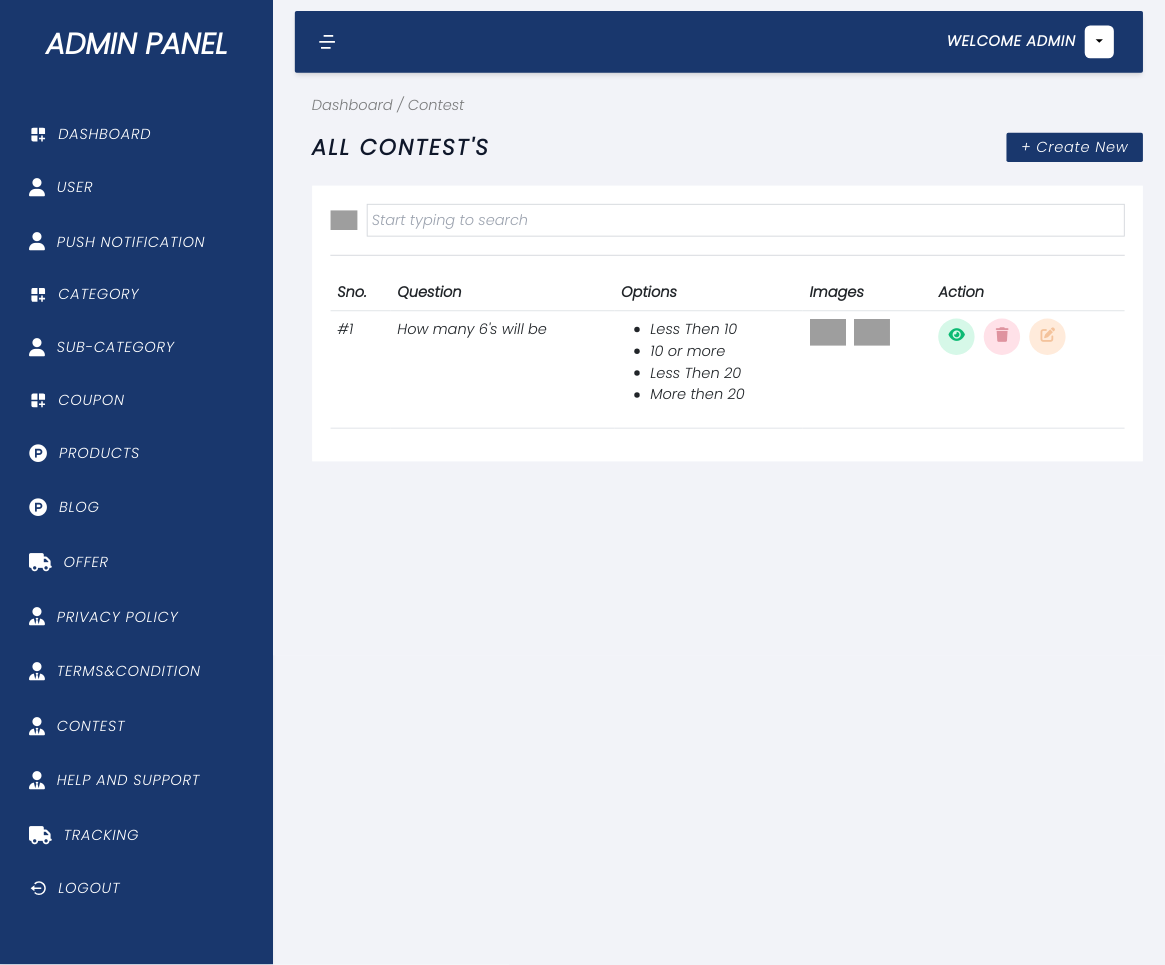
Repository: arpanmalik/project-khanna
Page: /helpSupport
These files come from the project's save history. The page is drawn as it stood at one moment and after the next save; the edit follows.
The browser window is 1280 px wide. The pictures show the whole page, at 91% of full size.
Pictures or frames that could not be fetched are drawn as grey boxes. Some web libraries are served in a nearby version. The project was rebuilt for these pictures with package versions that can differ from the ones it lists, and the page was loaded fresh each time. Also part of the build but not shown: src/E-CommerceAdmin/forms/Login.jsx, src/E-CommerceAdmin/pages/Dashboard.jsx, src/E-CommerceAdmin/pages/ECategory.js, src/E-CommerceAdmin/pages/EProduct.js, src/E-CommerceAdmin/pages/EVendorList.js, src/E-CommerceAdmin/pages/EAdminOrders.js, src/E-CommerceAdmin/pages/EAdminProduct.js, src/E-CommerceAdmin/pages/EAdminDelivery.js and 11 more. Imported but missing from the stored project, and not drawn on this page: src/E-CommerceVendor/forms/EVendorLogin, src/E-CommerceVendor/pages/EVCategory, src/E-CommerceVendor/pages/EVCoupon, src/E-CommerceVendor/pages/EVDashboard, src/E-CommerceVendor/pages/EVOrders, src/E-CommerceVendor/pages/EVProduct, src/E-CommerceVendor/pages/EVSubCategory.

Above is the page before, as saved 2023-05-16 17:21:48.

### public/index.html
<!-- @format -->

<!DOCTYPE html>
<html lang="en">
  <head>
    <meta charset="utf-8" />
    <meta name="viewport" content="width=device-width, initial-scale=1" />
    <meta name="theme-color" content="#000000" />
    <meta
      name="description"
      content="Web site created using create-react-app"
    />
    <link rel="manifest" href="%PUBLIC_URL%/manifest.json" />
    <link rel="preconnect" href="https://fonts.googleapis.com">
<link rel="preconnect" href="https://fonts.gstatic.com" crossorigin>
<link href="https://fonts.googleapis.com/css2?family=Roboto+Mono:ital,wght@1,300&display=swap" rel="stylesheet">
    <title>Admin Panel</title>
  </head>
  <body>
    <noscript>You need to enable JavaScript to run this app.</noscript>
    <div id="root"></div>
    <script src="https://code.jquery.com/jquery-3.6.0.min.js"></script>
    <script src="https://kit.fontawesome.com/b533b351e4.js" crossorigin="anonymous"></script>
  </body>
</html>

### src/index.js
import React from "react";
import ReactDOM from "react-dom/client";
import "./index.css";
import App from "./App";
import { BrowserRouter } from "react-router-dom";
import 'bootstrap/dist/css/bootstrap.min.css'

const root = ReactDOM.createRoot(document.getElementById("root"));
root.render(
  <React.StrictMode>
    <BrowserRouter>
      <App />
    </BrowserRouter>
  </React.StrictMode>
);

### src/index.css
/** @format */

@tailwind base;
@tailwind components;
@tailwind utilities;

@import url("https://fonts.googleapis.com/css2?family=Roboto+Mono:ital,wght@1,300&display=swap");
@font-face {
  font-family: Roboto;
  src: url("./Fonts/Poppins-LightItalic.ttf");
}

body {
  margin: 0;
  font-family: Roboto !important;
  -webkit-font-smoothing: antialiased;
  -moz-osx-font-smoothing: grayscale;
}

code {
  font-family: Roboto !important;
}

html {
  font-family: Roboto !important;
}

::-webkit-scrollbar {
  width: 10px;
}
.fa-trash {
  color: red;
  cursor: pointer;
}

.iCOn {
  transition: 0.5s;
  box-shadow: none;
  transform: scale(1);
}
.cardDiv {
  cursor: pointer;
}

.cardDiv:hover .iCOn {
  box-shadow: rgba(0, 0, 0, 0.35) 0px 5px 15px;
  transform: scale(1.3);
}

/* Track */
::-webkit-scrollbar-track {
  background: #f1f1f1;
}

/* Handle */
::-webkit-scrollbar-thumb {
  background: #888;
}

/* Handle on hover */
::-webkit-scrollbar-thumb:hover {
  background: #555;
}
.profileImage {
  width: 100px;
}
.fa-eye {
  color: #029aff;
  cursor: pointer;
}
.fa-edit {
  cursor: pointer;
  color: blue;
}

.View {
  border: 1px solid black;
  width: 100%;
  padding: 10px;
}

.main-card--container {
  display: grid;
  grid-template-columns: repeat(3, minmax(300px, 500px));
  grid-gap: 50px;
  justify-content: space-around;
}
.card-container {
  margin: 25px 0 auto;
  box-shadow: rgba(0, 0, 0, 0.35) 0px 5px 15px;
  position: relative;
  display: grid;
  grid-template-columns: 1fr;
  justify-content: space-around;
  align-items: flex-start;
}

.myEdit:focus {
  box-shadow: rgba(0, 0, 0, 0.35) 0px 5px 15px;
}

.AstroLogin {
  color: #fff;
  background-color: #2b7a8e;
  padding: 10px;
  width: 380px;
  text-align: center;
  font-size: 20px;
  background: linear-gradient(to left, #2b7a8e 50%, #fff 50%) right;
  background-size: 200%;
  transition: 0.5s ease-out;
  border: 1px solid #2b7a8e;
  margin-top: 10px;
  text-transform: uppercase;
}
.AstroLogin:hover {
  background-position: left;
  color: #2b7a8e;
}

.EcommerceAdminLogin {
  color: #fff;
  background-color: #19376d;
  padding: 10px;
  width: 380px;
  text-align: center;
  font-size: 20px;
  background: linear-gradient(to left, #19376d 50%, #fff 50%) right;
  background-size: 200%;
  transition: 0.5s ease-out;
  border: 1px solid #19376d;
  margin-top: 10px;
  text-transform: uppercase;
}

.EcommerceAdminLogin:hover {
  background-position: left;
  color: #19376d;
}
.EcommerceVendorLogin {
  color: #fff;
  background-color: #576cbc;
  padding: 10px;
  width: 380px;
  text-align: center;
  font-size: 20px;
  background: linear-gradient(to left, #576cbc 50%, #fff 50%) right;
  background-size: 200%;
  transition: 0.5s ease-out;
  border: 1px solid #576cbc;
  margin-top: 10px;
  text-transform: uppercase;
}

.EcommerceVendorLogin:hover {
  background-position: left;
  color: #576cbc;
}

.view {
  background-color: #2196f3;
  color: #fff;
  width: 50%;
  padding: 5px;
}

.two-sec {
  display: flex;
  justify-content: space-evenly;
  justify-content: space-evenly;
}
.two-sec .left {
  width: 60%;
  background-color: #f6f1ef;
  padding: 20px;
}
.two-sec .left .head {
  font-size: 25px;
  font-weight: bold;
}

.two-sec .right {
  width: 30%;
  background-color: #f6f1ef;
}

.searchDiv {
  width: 100%;
  display: flex;
  gap: 10px;
  border: 1px solid rgb(179, 179, 179);
  padding: 10px;
  margin-bottom: 20px;
  align-items: center;
}
.searchDiv input {
  width: 94%;
  outline: none;
  border: none;
}

.flexCont {
  display: flex;
  align-items: center;
  gap: 10px;
}
.flexCont img {
  width: 60px;
  background-color: #e9ecef;
}

.blockContent {
  display: block;
}
.blockContent p {
  margin: 0;
}

.checkBox {
  width: 50px;
  height: 25px;
  background-color: #e9ecef;
  border-radius: 50px;
  position: relative;
  cursor: pointer;
}
.checkBox span {
  width: 20px;
  height: 20px;
  border-radius: 100%;
  background-color: #fff;
  position: absolute;
  left: 5px;
  top: 2px;
}
.ActivecheckBox {
  width: 50px;
  height: 25px;
  background-color: #0d6efd;
  border-radius: 50px;
  position: relative;
  cursor: pointer;
}
.ActivecheckBox span {
  width: 20px;
  height: 20px;
  border-radius: 100%;
  background-color: #fff;
  position: absolute;
  right: 5px;
  top: 2px;
}

.fa-eye {
  color: #0cba73;
  background-color: #d6f8e8;
  width: 40px;
  text-align: center;
  height: 40px;
  display: flex;
  border-radius: 100%;
  justify-content: center;
  padding-top: 10px;
  transition: 0.5s;
}

.fa-pen-to-square {
  color: #f4c39c;
  background-color: #ffebdb;
  width: 40px;
  text-align: center;
  height: 40px;
  display: flex;
  border-radius: 100%;
  justify-content: center;
  padding-top: 10px;
  cursor: pointer;
  transition: 0.5s;
}
.fa-trash {
  color: #df939f;
  background-color: #ffe1e8;
  width: 40px;
  text-align: center;
  height: 40px;
  display: flex;
  border-radius: 100%;
  justify-content: center;
  padding-top: 10px;
  cursor: pointer;
  transition: 0.5s;
}
.fa-trash:hover {
  transform: scale(1.2);
}
.fa-eye:hover {
  transform: scale(1.2);
}
.fa-pen-to-square:hover {
  transform: scale(1.2);
}
.required {
  color: #e74260;
}

.headP {
  margin-left: 2%;
  color: #7b7c7d;
}
.filterBox {
  display: flex;
  align-items: center;
  gap: 10px;
  border-bottom: 1px solid #d4d7dc;
  padding-bottom: 20px;
  margin-bottom: 20px;
}
.filterBox img {
  width: 30px;
}
.filterBox input {
  width: 100%;
  border: 1px solid #d4d7dc;
  outline: none;
  padding: 5px;
  color: black;
}
.sectionCont {
  width: 98%;
  background-color: #fff;
  margin-left: 2%;
  padding: 20px;
}

.overFlowCont {
  width: 100%;
  overflow-x: auto;
}

.logo {
  width: 300px;
  margin-bottom: 20px;
}

.updateProfile {
  margin-left: 20px;
  border: 1px solid #fff;
  border-radius: 100%;
  font-size: 1.2rem;
  padding: 10px;
  transition: 0.5s;
  cursor: pointer;
}
.updateProfile:hover {
  border: 1px solid #19376d;
  color: #19376d;
  background-color: #fff;
}

.Normalbtn {
  background-color: #19376d !important;
  border: 1px solid #19376d !important;
  border-radius: 0px !important;
}

.ImageCarousel {
  width: 150px !important;
  margin: 0px !important;
  height: 150px !important;
}
.CarouselImages {
  width: 150px !important;
  height: 150px !important;
}
.CarouselImages img {
  width: 100% !important;
  height: 100% !important;
}

.ModalCarousel {
  width: 100% !important;
  height: 500px !important;
}
.ModalCarousel {
  width: 100% !important;
  height: 500px !important;
}
.ModalCarousel img {
  width: 100% !important;
  height: 500px !important;
}

.gridCont {
  display: grid;
  grid-template-columns: auto auto auto;
  justify-content: space-evenly;
}
.gridCont div {
  width: 400px;
  /* height: 300px; */
  box-shadow: rgba(0, 0, 0, 0.35) 0px 5px 15px;
  padding: 10px;
  position: relative;
  margin-top: 20px;
}
.gridCont div img {
  width: 100%;
}
.delete-Btn {
  width: 100%;
  color: #c44b3f;
  border: 1px solid #c44b3f;
  transition: 0.5s;
  padding: 10px;
}

.delete-Btn:hover {
  background-color: #c44b3f;
  color: #fff;
}

.BannerCarousel {
  width: 300px;
  margin: 0px !important;
}
.BannerCarouselImage {
  width: 300px;
}
.BannerCarouselImage img {
  width: 100%;
}

.pagination {
  display: flex;
  justify-content: center;
  align-items: center;
  gap: 10px;
  margin-bottom: 20px;
}
.pagination button {
  border: 1px solid black;
  padding: 10px;
}

.activePage {
  background-color: #19376d;
  color: #fff;
  border: 1px solid #19376d !important;
}

.active {
  background-color: #fff;
  color: #19376d !important;
}
.prevBtn {
  background-color: #fff;
  color: #19376d;
  border: 1px solid #19376d !important;
  transition: 0.5s;
}

.prevBtn:hover,
.prevBtn:focus,
.prevBtn:active {
  background-color: #19376d;
  color: #fff;
  border: 1px solid #19376d !important;
}
.nextBtn {
  background-color: #fff;
  color: #19376d;
  border: 1px solid #19376d !important;
  transition: 0.5s;
}

.nextBtn:hover,
.nextBtn:focus,
.nextBtn:active {
  background-color: #19376d;
  color: #fff;
  border: 1px solid #19376d !important;
}

.dangerBox {
  position: relative;
}
.dangerBox i {
  position: absolute;
  top: 50%;
  left: 90%;
  transform: translate(-50%, -50%);
  cursor: pointer;
}



#dropdown-basic{
  background-color: white;
  color: #000;
  border: none;
}

### src/E-CommerceAdmin/layout/HOC.jsx
/** @format */

import React, { useState } from "react";
import Navbar from "./Navbar";
import Sidebar from "./Sidebar";

const HOC = (Wcomponenet) => {
  return function Component() {
    const [hamb, setHamb] = useState(false);
    return (
      <>
        <section
          className="flex overflow-x-hidden relative "
          style={{ backgroundColor: "#f2f3f8" }}
        >
          {/* Sidebar */}
          <div
            className={
              hamb
                ? " absolute top-0 z-30 md:w-auto shadow-md bg-slate-200  w-60 transition-all md:-left-full left duration-150  h-auto overflow-y-auto  left-0 "
                : " md:w-72 z-30 bg-slate-200  shadow-md  md:static absolute top-0 -left-full   transition-all duration-150  overflow-y-auto h-auto"
            }
            style={{ minWidth: "300px" }}
          >
            <Sidebar hamb={hamb} setHamb={setHamb} />
          </div>
          {/* Components & Navbar */}
          <div
            className={
              hamb
                ? " transition-all px-4 py-2  duration-150 w-full h-screen"
                : " w-full h-screen  px-4 py-2   z-50 transition-all duration-150 "
            }
            style={{ backgroundColor: "#f2f3f8" }}
          >
            <Navbar hamb={hamb} setHamb={setHamb} />
            <div className="my-6 text-#000 h-[87%] wcomp overflow-y-auto">
              {" "}
              <Wcomponenet />
            </div>
          </div>
        </section>
      </>
    );
  };
};

export default HOC;

### src/E-CommerceAdmin/layout/Navbar.jsx
/** @format */
import { RiMenu4Line } from "react-icons/ri";
import Dropdown from "react-bootstrap/Dropdown";
import { UpdateProfile } from "../../Modals";
import { useState } from "react";
import { useNavigate } from "react-router-dom";
import { toast } from "react-toastify";

const Navbar = ({ hamb, setHamb }) => {
  const [modalShow, setModalShow] = useState(false);
  const navigate = useNavigate();

  function LogOut () {
    navigate('/')
    toast.success("Logged Out")
  }

  return (
    <>
      <UpdateProfile show={modalShow} onHide={() => setModalShow(false)} />
      <div
        className={
          hamb
            ? "flex  w-full justify-between  my-1 rounded-sm  p-4 py-3 shadow-md items-center  bg-slate-200 space-x-4"
            : "flex  w-full justify-between my-1 rounded-sm  p-4 py-3 shadow-md items-center  bg-slate-200 space-x-4"
        }
        style={{ backgroundColor: "#19376d" }}
      >
        <RiMenu4Line
          onClick={() => setHamb(!hamb)}
          className="text-2xl font-bold text-gray-900 hover:scale-90 cursor-pointer"
          style={{ color: "#fff" }}
        />

        <section className="flex sm:ml-auto justify-end sm:w-full items-center space-x-2  pr-2">
          <figcaption
            className="tracking-wider pl-1 font-semibold d-flex"
            style={{ gap: "10px", alignItems: "center" }}
          >
            <div
              className="lg:text-base text-sm text-gray-900  uppercase"
              style={{ color: "#fff" }}
            >
              Welcome Admin
            </div>
            <Dropdown>
              <Dropdown.Toggle id="dropdown-basic"></Dropdown.Toggle>

              <Dropdown.Menu>
                <Dropdown.Item onClick={() => setModalShow(true)}>
                  Update Profile <i className="fa-solid fa-user"></i>{" "}
                </Dropdown.Item>
                <Dropdown.Item onClick={() => LogOut()} >
                  Logout <i className="fa-solid fa-right-from-bracket"></i>{" "}
                </Dropdown.Item>
              </Dropdown.Menu>
            </Dropdown>
          </figcaption>
        </section>
      </div>
    </>
  );
};

export default Navbar;

### src/E-CommerceAdmin/layout/Sidebar.jsx
/** @format */

import React from "react";
import { RiCloseLine } from "react-icons/ri";
import { Link, useNavigate } from "react-router-dom";
import { BiLogOutCircle } from "react-icons/bi";
import { MdDashboardCustomize } from "react-icons/md";

const Sidebar = ({ hamb, setHamb }) => {
  const navigate = useNavigate();

  const nav = [
    {
      icon: <MdDashboardCustomize className="text-xl mr-3 rounded-full " />,
      link: "/dashboard ",
      name: "Dashboard",
    },
    {
      icon: <i className="fa-solid fa-user text-xl mr-3 rounded-full"></i>,
      link: "/Admin",
      name: "User",
    },
    {
      icon: <i className="fa-solid fa-user text-xl mr-3 rounded-full"></i>,
      link: "/pushNotification",
      name: "Push Notification",
    },  {
      icon: <MdDashboardCustomize className="text-xl mr-3 rounded-full " />,
      link: "/Category",
      name: "Category",
    },

    {
      icon: <i className="fa-solid fa-user text-xl mr-3 rounded-full"></i>,
      link: "/sub-category",
      name: "Sub-Category",
    },

    {
      icon: <MdDashboardCustomize className="text-xl mr-3 rounded-full " />,
      link: "/coupon",
      name: "Coupon",
    },
    {
      icon: (
        <i className="fa-brands fa-product-hunt text-xl mr-3 rounded-full"></i>
      ),
      link: "/Product",
      name: "Products",
    },
    {
      icon: (
        <i className="fa-brands fa-product-hunt text-xl mr-3 rounded-full"></i>
      ),
      link: "/banner",
      name: "Blog",
    },



    // {
    //   icon: <MdDashboardCustomize className="text-xl mr-3 rounded-full " />,
    //   link: "/getMeThis",
    //   name: "Get Me This",
    // },
    {
      icon: <i className="fa-solid fa-truck  text-xl mr-3 rounded-full"></i>,
      link: "/Support",
      name: "Offer",
    },

    // {
    //   icon: (
    //     <i className="fa-solid fa-cart-shopping text-xl mr-3 rounded-full"></i>
    //   ),
    //   link: "/Orders",
    //   name: "Orders Management",
    // },

    {
      icon: <i className="fa-solid fa-user-tie text-xl mr-3 rounded-full"></i>,
      link: "/privacy",
      name: "Privacy Policy",
    },
    {
      icon: <i className="fa-solid fa-user-tie text-xl mr-3 rounded-full"></i>,
      link: "/terms",
      name: "Terms&Condition",
    },
    {
      icon: <i className="fa-solid fa-user-tie text-xl mr-3 rounded-full"></i>,
      link: "/helpSupport",
      name: "Contest",
    },
    {
      icon: <i className="fa-solid fa-user-tie text-xl mr-3 rounded-full"></i>,
      link: "/complaints",
      name: "Help and Support",
    },
  ];

  const logOut = () => {
    localStorage.clear()
    navigate("/");
  };

  return (
    <>
      <aside
        className="p-4 h-auto"
        style={{ backgroundColor: "#19376d", minHeight: "100vh" }}
      >
        {/* Top */}
        <div className="w-full md:hidden relative  p-2 mb-4">
          <RiCloseLine
            onClick={() => setHamb(!hamb)}
            className="text-3xl  absolute top-2 sm:hover:rotate-[228deg] transition-transform font-bold right-2 sm:hover:text-[22px] text-[rgb(241,146,46)] cursor-pointer"
          />
        </div>{" "}
        <figure className="flex  flex-col items-center">
          <span
            className="font-bold text-[#fff]"
            style={{
              fontSize: "2rem",
              textAlign: "center",
              textTransform: "uppercase",
            }}
          >
            {" "}
            ADMIN PANEL
          </span>
        </figure>
        <nav className="py-6">
          {nav.map((nav) => {
            return (
              <Link
                to={nav.link}
                key={nav.name}
                className=""
                style={{ textDecoration: "none", textTransform: "uppercase" }}
              >
                <span
                  className="flex my-3 items-center cursor-pointer text-gray-900    tracking-wider p-2 rounded-sm"
                  style={{ color: "#FFF" }}
                >
                  {nav.icon} {nav.name}
                </span>
              </Link>
            );
          })}
          <span
            className="flex my-3 items-center cursor-pointer text-gray-900    tracking-wider p-2 rounded-sm"
            style={{ color: "#FFF", textTransform: "uppercase" }}
          >
           <i className="fa-solid fa-truck  text-xl mr-3 rounded-full"></i> Tracking
          </span>
          <span
            className="flex my-3 items-center cursor-pointer text-gray-900    tracking-wider p-2 rounded-sm"
            onClick={() => logOut()}
            style={{ color: "#FFF", textTransform: "uppercase" }}
          >
            <BiLogOutCircle className="text-xl mr-3 rounded-full " /> LogOut
          </span>

        </nav>
      </aside>
    </>
  );
};

export default Sidebar;

### src/Modals.js
/** @format */

import { Button, Form, Modal } from "react-bootstrap";

export function UpdateProfile(props) {
  return (
    <Modal
      {...props}
      size="lg"
      aria-labelledby="contained-modal-title-vcenter"
      centered
    >
      <Modal.Header closeButton>
        <Modal.Title id="contained-modal-title-vcenter">
          Update Profile Details
        </Modal.Title>
      </Modal.Header>
      <Modal.Body>
        <Form>
          <Form.Group className="mb-3">
            <Form.Label> User Name </Form.Label>
            <Form.Control type="text" />
          </Form.Group>
          <Form.Group className="mb-3">
            <Form.Label> Email Address </Form.Label>
            <Form.Control type="email" />
          </Form.Group>
          <Form.Group className="mb-3">
            <Form.Label> Password </Form.Label>
            <Form.Control type="password" />
          </Form.Group>
          <Form.Group className="mb-3">
            <Form.Label> Confirm Password </Form.Label>
            <Form.Control type="password" />
          </Form.Group>
          <Button variant="outline-success" >Submit</Button>
        </Form>
      </Modal.Body>
    </Modal>
  );
}

Loaded but not shown: tailwind.config.js (common file); src/E-CommerceAdmin/pages/HelpSupport.js (184 lines, source omitted); src/App.js (91 lines, source omitted)

After the next save:
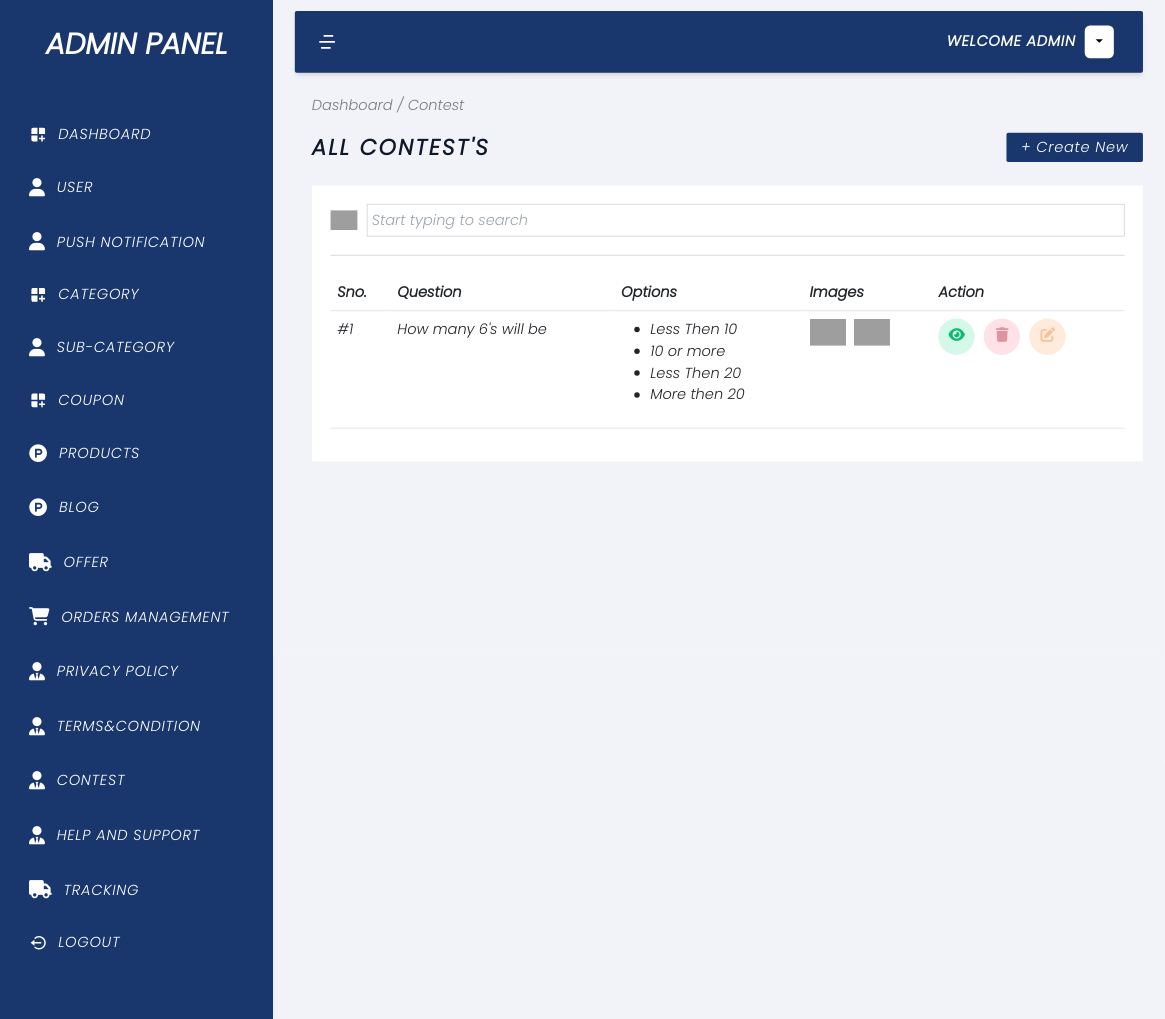
Saved 106 s later.
--- a/src/E-CommerceAdmin/layout/Sidebar.jsx
+++ b/src/E-CommerceAdmin/layout/Sidebar.jsx
@@ -69,13 +69,13 @@ const Sidebar = ({ hamb, setHamb }) => {
       name: "Offer",
     },
 
-    // {
-    //   icon: (
-    //     <i className="fa-solid fa-cart-shopping text-xl mr-3 rounded-full"></i>
-    //   ),
-    //   link: "/Orders",
-    //   name: "Orders Management",
-    // },
+    {
+      icon: (
+        <i className="fa-solid fa-cart-shopping text-xl mr-3 rounded-full"></i>
+      ),
+      link: "/Orders",
+      name: "Orders Management",
+    },
 
     {
       icon: <i className="fa-solid fa-user-tie text-xl mr-3 rounded-full"></i>,
